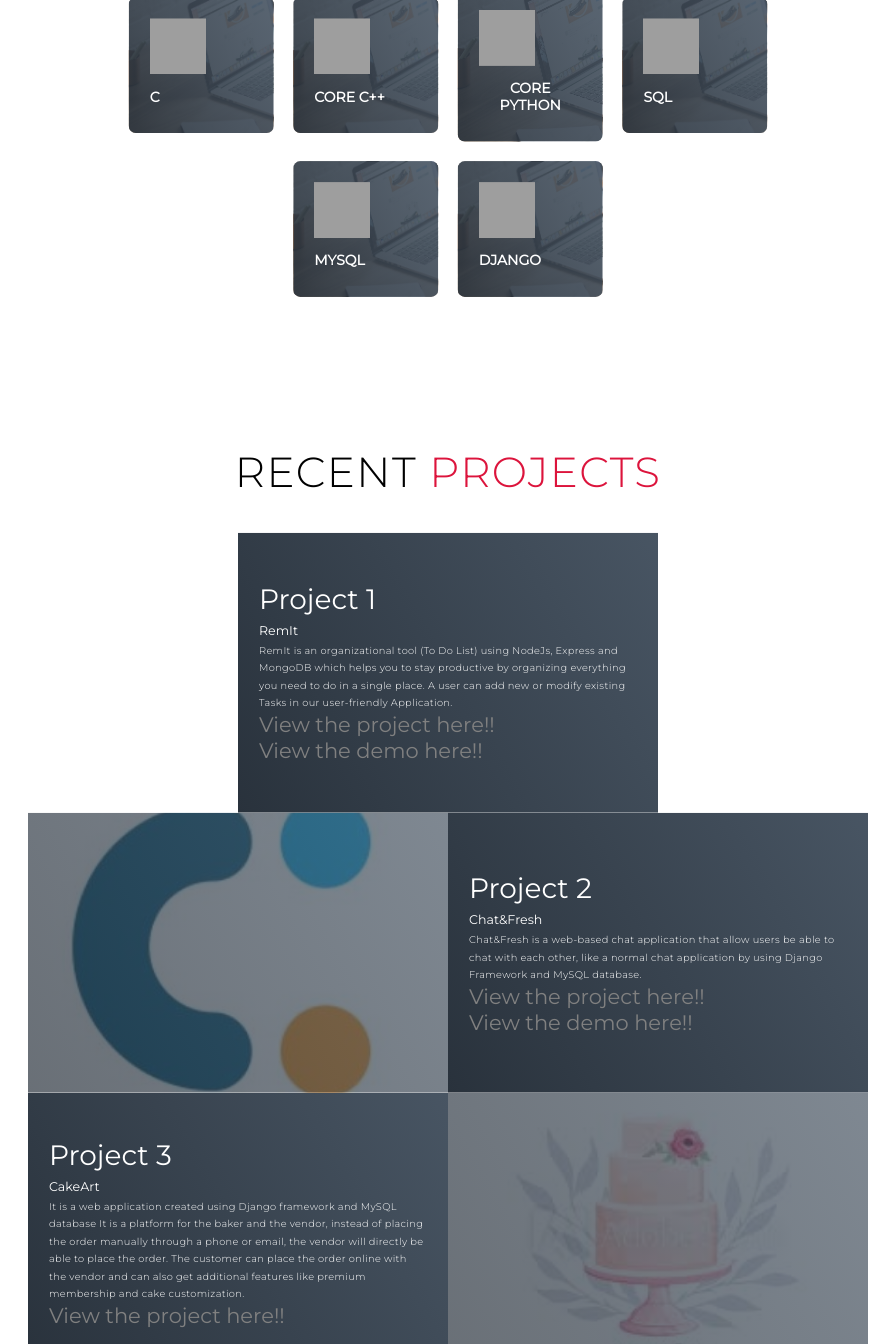
Repository: sanjana-poptani/sanjana-poptani.github.io
Page: index.html
The author's editor kept a copy of each file at every save. The page is drawn from the files as they stood at one save, then again after the next save.
The browser window is 1280 px wide. The pictures show the part of the page from y = 983 to 2903 px (the page is 5084 px tall), at 70% of full size.
Pictures or frames that could not be fetched are drawn as grey boxes.

Above is the page before, as saved 2021-12-28 00:41:36.

After the next save:
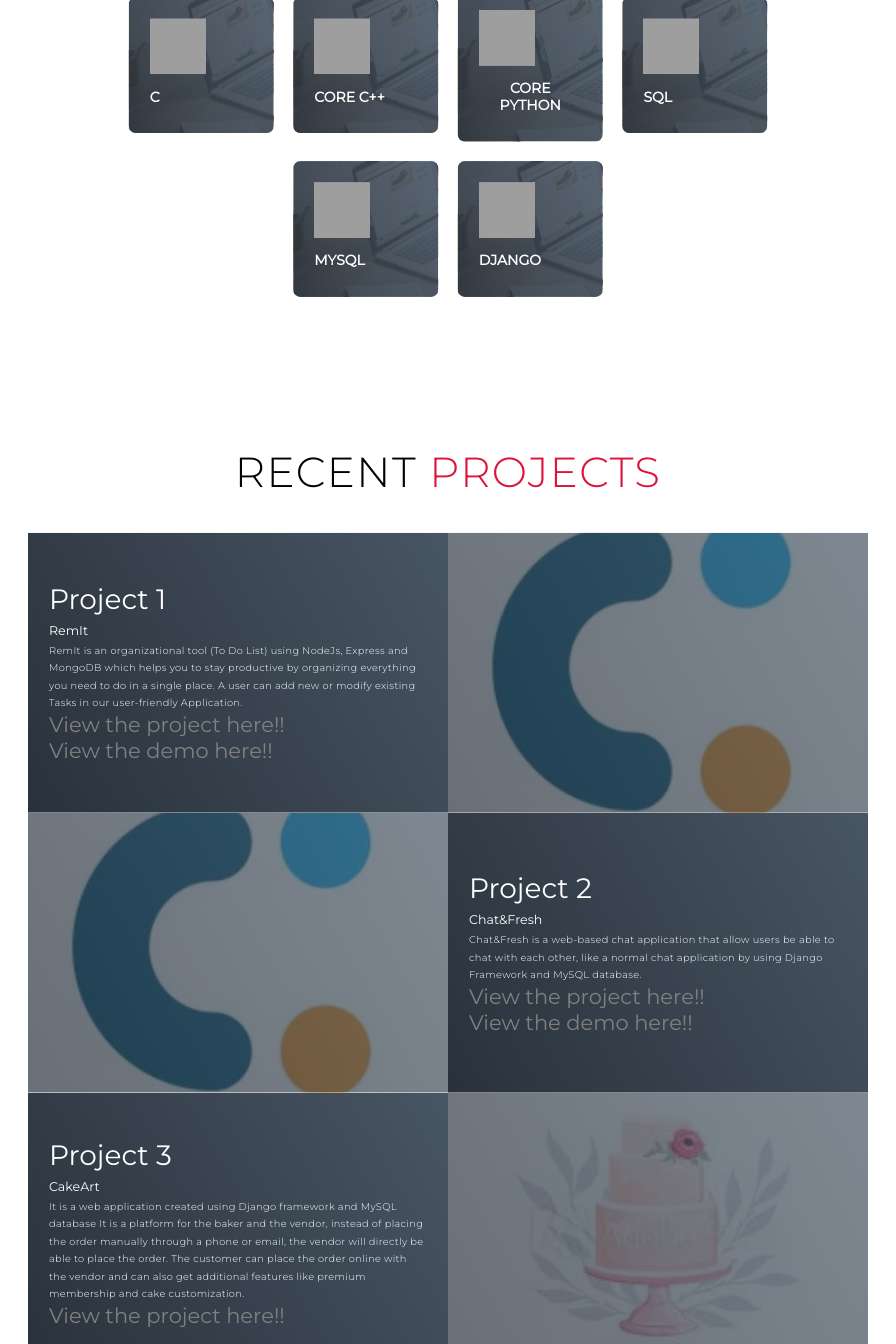
Saved 11 s later.
--- a/index.html
+++ b/index.html
@@ -102,7 +102,9 @@
                 <a href="https://remit-siskv.herokuapp.com/" style="text-decoration: none;font-size: 30px;color: gray;" target="blank"> View the demo here!!</a>
 
           </div>
-
+          <div class="project-img">
+            <img src="./images/logo2.jpG" alt="img">
+          </div>
         </div>
         <div class="project-item">
 
